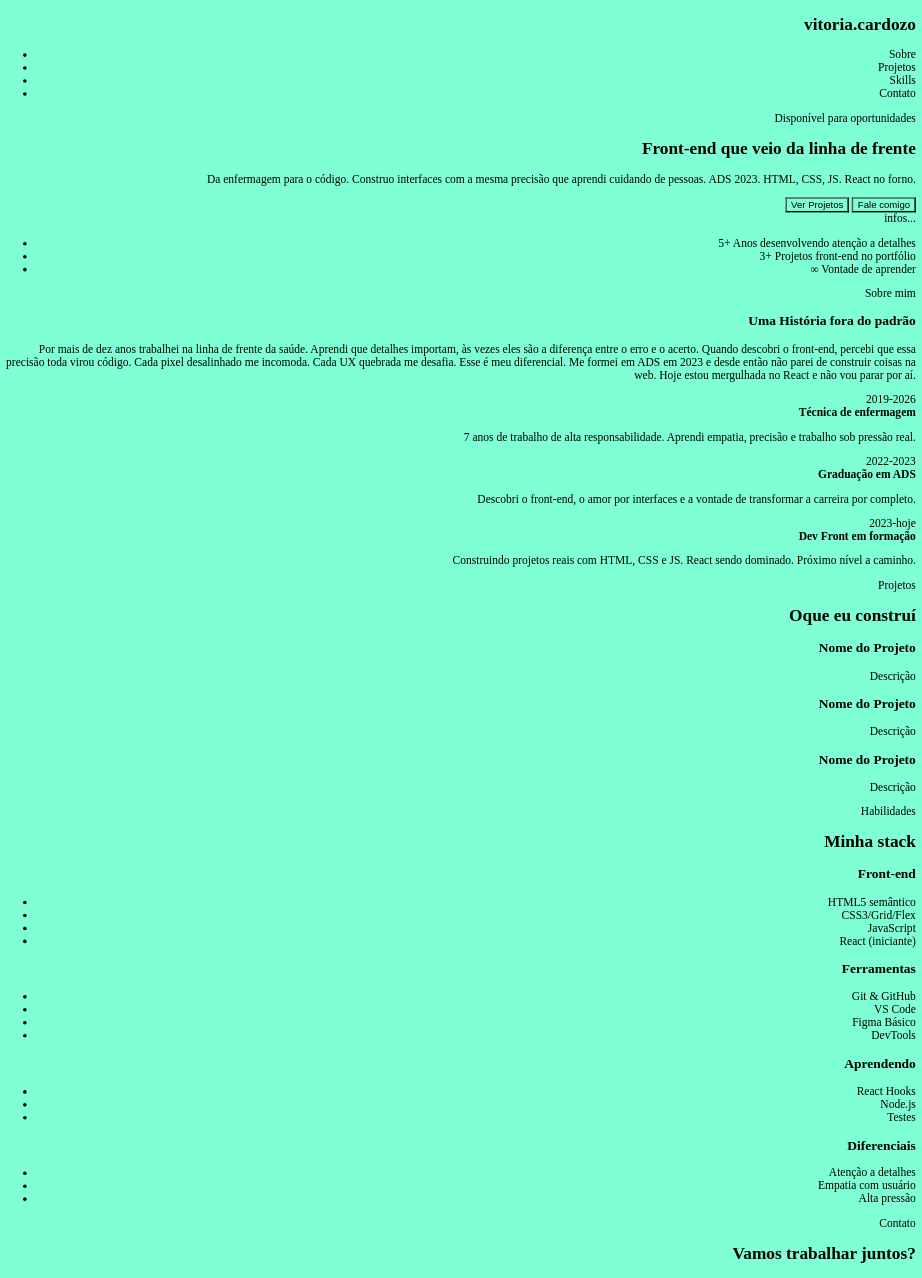
Repository: Bitroia/Portifolio
Page: index.html
An editor plug-in stored every save of this project. The page is shown before and after the next save, followed by the edit.
The browser window is 1280 px wide. The pictures show the whole page, at 72% of full size.

Above is the page before, as saved 2026-04-23 22:02:08.

### index.html
<!doctype html>
<html lang="pt-br">
  <head>
    <meta charset="UTF-8" />
    <meta name="viewport" content="width=device-width, initial-scale=1.0" />
    <link rel="stylesheet" href="styles/style.css" />
    <script src="scripts/script.js" defer></script>
    <title>Meu portifólio</title>
  </head>
  <body>
    <header>
      <nav id="nav-container">
        <h2>vitoria.cardozo</h2>
        <ul id="links-container">
          <li>Sobre</li>
          <li>Projetos</li>
          <li>Skills</li>
          <li>Contato</li>
        </ul>
      </nav>
    </header>
    <main>
      <section class="introduction-section">
        <p class="avaible-p">Disponível para oportunidades</p>
        <h1>
          Front-end
          <span class="line-2">que veio da</span>
          <span class="accent">linha de frente</span>
        </h1>
        <p>
          Da enfermagem para o código. Construo interfaces com a mesma precisão
          que aprendi cuidando de pessoas. ADS 2023. HTML, CSS, JS. React no
          forno.
        </p>
        <button id="projects-btn">Ver Projetos</button>
        <button id="talk-to-me-btn">Fale comigo</button>
      </section>
      <article id="info-container">infos...</article>
      <ul class="mini-cards-container">
        <li class="mini-card">
          <span class="num">5+</span>
          <span class="label">Anos desenvolvendo atenção a detalhes</span>
        </li>
        <li class="mini-card">
          <span class="num">3+</span>
          <span class="label">Projetos front-end no portfólio</span>
        </li>
        <li class="mini-card">
          <span class="num">&#8734</span>
          <span class="label">Vontade de aprender</span>
        </li>
      </ul>
      <section id="about-me-section">
        <section id="history-section">
            <span class="title">Sobre mim</span>
            <h1>Uma História <span class="accent">fora do padrão</span>
            </h1>
            <p>Por mais de dez anos trabalhei na linha de frente da saúde. Aprendi que detalhes importam, às vezes eles são a diferença entre o erro e o acerto.
            Quando descobri o front-end, percebi que essa precisão toda virou código. Cada pixel desalinhado me incomoda. Cada UX quebrada me desafia. Esse é meu diferencial.
            Me formei em ADS em 2023 e desde então não parei de construir coisas na web. Hoje estou mergulhada no React e não vou parar por aí.</p>
        </section>
        <section id="experiences-section">
            <dl class="experiences-list">
                <dt class="date-exp">2019-2026</dt>
                <dd class="desc-exp">
                    <strong>Técnica de enfermagem</strong>
                    <p>7 anos de trabalho de alta responsabilidade. Aprendi empatia, precisão e trabalho sob pressão real.</p>
                </dd>
                <dt class="date-exp">2022-2023</dt>
                <dd class="desc-exp">
                    <strong>Graduação em ADS</strong>
                    <p>Descobri o front-end, o amor por interfaces e a vontade de transformar a carreira por completo.</p>
                </dd>
                <dt class="date-exp">2023-hoje</dt>
                <dd class="desc-exp">
                    <strong>Dev Front em formação</strong>
                    <p>Construindo projetos reais com HTML, CSS e JS. React sendo dominado. Próximo nível a caminho.</p>
                </dd>
            </dl>
        </section>
      </section>
      <section id="projects-section">
        <span class="title">Projetos</span>
        <h1>Oque eu construí</h1>
        <article class="project-card">
          <h3>Nome do Projeto</h3>
          <p>Descrição</p>
        </article>
        <article class="project-card">
          <h3>Nome do Projeto</h3>
          <p>Descrição</p>
        </article>
        <article class="project-card">
          <h3>Nome do Projeto</h3>
          <p>Descrição</p>
        </article>
      </section>
      <section id="skills-section">
        <span class="title">Habilidades</span>
        <h1>Minha stack</h1>
        <article class="stack-card">
          <h3>Front-end</h3>
          <ul class="stack-ul">
            <li>HTML5 semântico</li>
            <li>CSS3/Grid/Flex</li>
            <li>JavaScript</li>
            <li>React (iniciante)</li>
          </ul>
        </article>
        <article class="stack-card">
          <h3>Ferramentas</h3>
          <ul class="stack-ul">
            <li>Git & GitHub</li>
            <li>VS Code</li>
            <li>Figma Básico</li>
            <li>DevTools</li>
          </ul>
        </article>
        <article class="stack-card">
          <h3>Aprendendo</h3>
          <ul class="stack-ul">
            <li>React Hooks</li>
            <li>Node.js</li>
            <li>Testes</li>
          </ul>
        </article>
        <article class="stack-card">
          <h3>Diferenciais</h3>
          <ul class="stack-ul">
            <li>Atenção a detalhes</li>
            <li>Empatia com usuário</li>
            <li>Alta pressão</li>
          </ul>
        </article>
      </section>
      <section id="finish-section">
        <span class="title">Contato</span>
         <h1>Vamos trabalhar
          <span class="accent">juntos?</span>
         </h1>
         <p></p>
      </section>
    </main>
  </body>
</html>

### styles/style.css
* {
  text-align: right;

  background-color: aquamarine;
}

Loaded but not shown: scripts/script.js (no stored copy; drawn as an empty file)

After the next save:
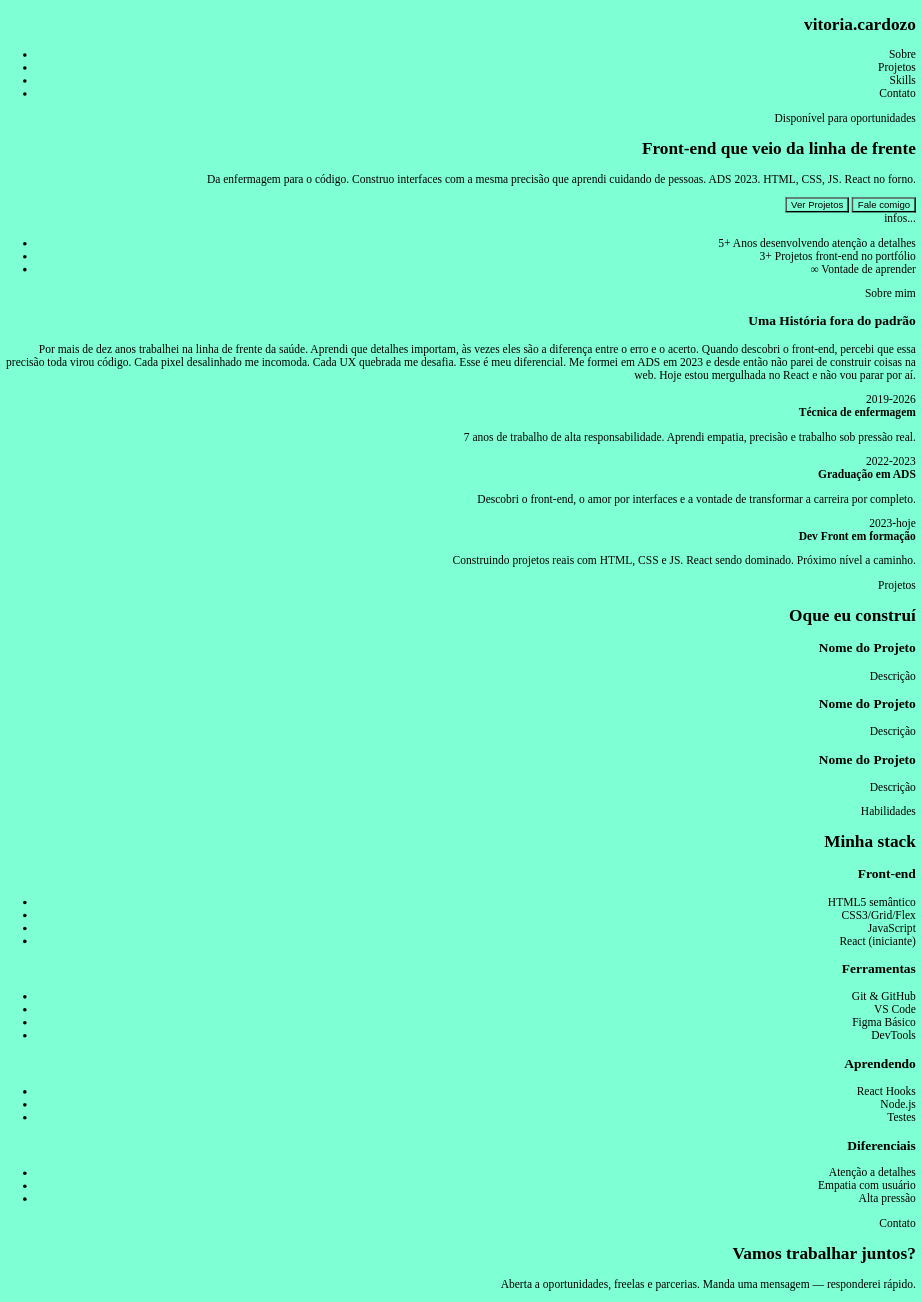
Saved 6 s later.
--- a/index.html
+++ b/index.html
@@ -138,7 +138,7 @@
          <h1>Vamos trabalhar
           <span class="accent">juntos?</span>
          </h1>
-         <p></p>
+         <p>Aberta a oportunidades, freelas e parcerias. Manda uma mensagem — responderei rápido.</p>
       </section>
     </main>
   </body>
